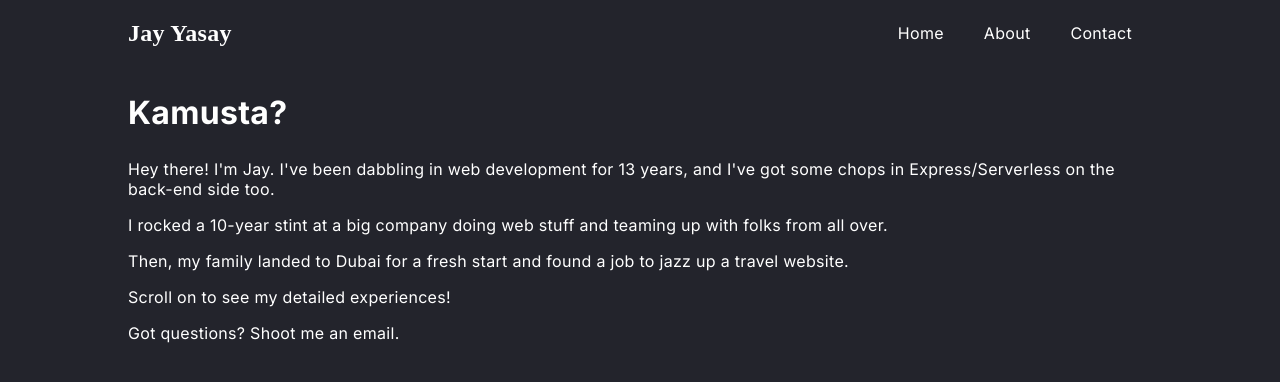
Repository: jayyasay/portfolio
Page: /
The author's editor kept a copy of each file at every save. The page is drawn from the files as they stood at one save, then again after the next save.
The browser window is 1280 px wide. The pictures show the whole page.
Some web fonts or font styles are not loaded; a fallback is used. The project was rebuilt for these pictures with package versions that can differ from the ones it lists, and the page was loaded fresh each time. Also part of the build but not shown: src/App.css, src/pages/About.js.

Above is the page before, as saved 2023-09-20 10:29:18.

After the next save:
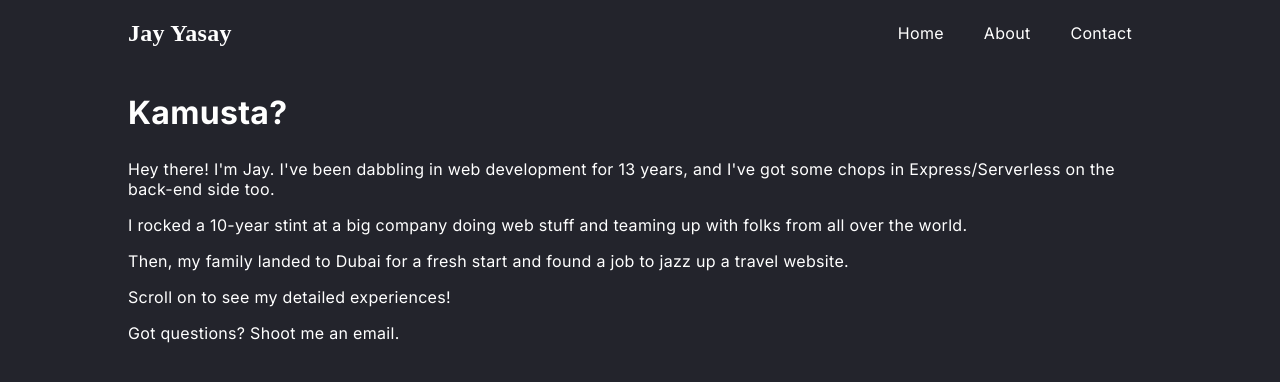
Saved 14 s later.
--- a/src/pages/Home.js
+++ b/src/pages/Home.js
@@ -16,7 +16,7 @@
             Hey there! I'm Jay. I've been dabbling in web development for 13 years, and I've got some chops in Express/Serverless on the back-end side too.
         </p>
         <p>
-            I rocked a 10-year stint at a big company doing web stuff and teaming up with folks from all over.
+            I rocked a 10-year stint at a big company doing web stuff and teaming up with folks from all over the world.
         </p>
         <p>
             Then, my family landed to Dubai for a fresh start and found a job to jazz up a travel website.
